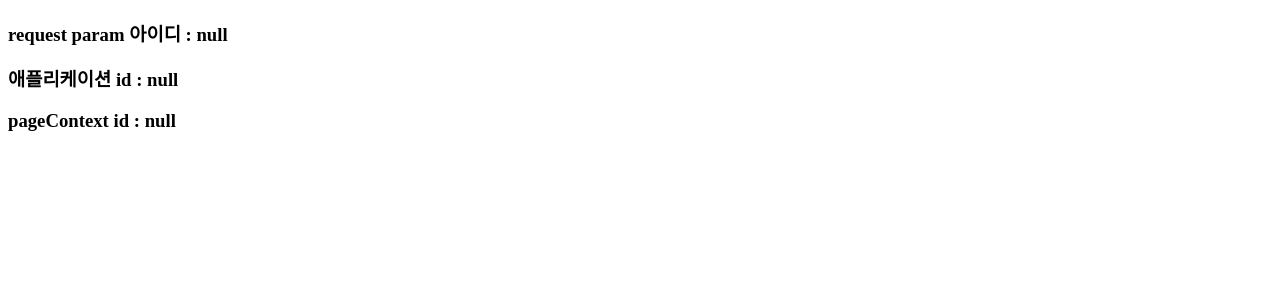
Repository: gitgw016/jsp
Page: http://localhost/09_scope/attrTest1.jsp
The author's editor kept a copy of each file at every save. The page is drawn from the files as they stood at one save, then again after the next save.
The browser window is 1280 px wide. The pictures show the whole page.
The page is served by Tomcat 9.

Above is the page before, as saved 2021-12-08 06:26:04.

### 09_scope/src/main/webapp/attrTest1.jsp
<%@ page language="java" contentType="text/html; charset=UTF-8"
    pageEncoding="UTF-8"%>
<!DOCTYPE html>
<html>
<head>
<meta charset="UTF-8">
<title>attrTest1.jsp</title>
</head>
<body>
<%
	request.setCharacterEncoding("utf-8");
	String id = request.getParameter("id");
	if(id != null){
		application.setAttribute("id",id);
	}

	pageContext.setAttribute("pageContextId", id);
%>

<h3>request param 아이디 : <%=id%></h3>
<h3>애플리케이션 id : <%=application.getAttribute("id") %></h3>
<h3>pageContext id : <%=pageContext.getAttribute("pageContextId") %></h3>
</body>
</html>

After the next save:
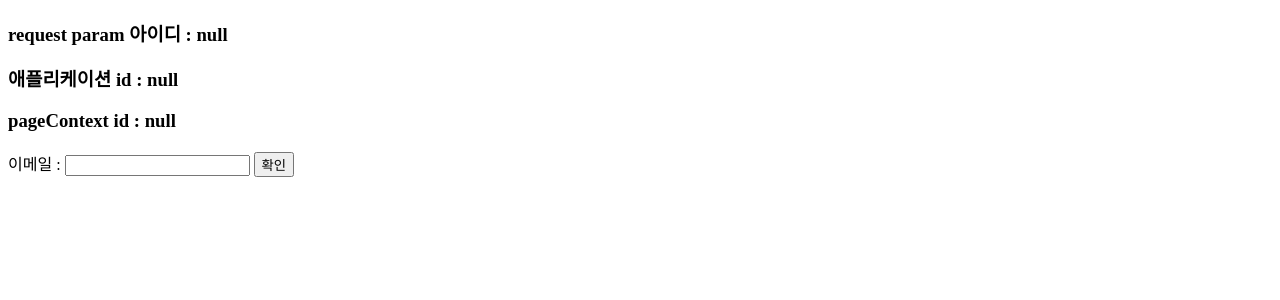
Saved 16 min 52 s later.
--- a/09_scope/src/main/webapp/attrTest1.jsp
+++ b/09_scope/src/main/webapp/attrTest1.jsp
@@ -20,5 +20,9 @@
 <h3>request param 아이디 : <%=id%></h3>
 <h3>애플리케이션 id : <%=application.getAttribute("id") %></h3>
 <h3>pageContext id : <%=pageContext.getAttribute("pageContextId") %></h3>
+	<form action="attrTest2.jsp" method="post">
+		이메일 : <input type="email" name="email" />
+		<button>확인</button>
+	</form>
 </body>
 </html>
